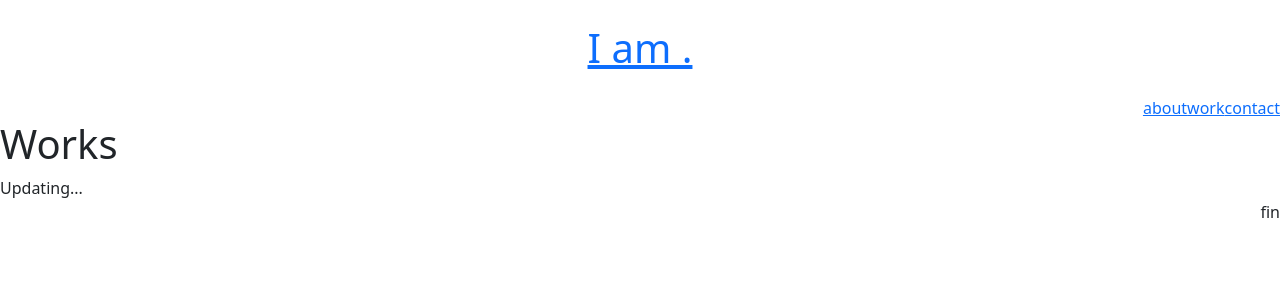
Repository: 7oooomi/portfolio-vercel-
Page: /work (app in sample-app/)
An editor plug-in stored every save of this project. The page is shown before and after the next save, followed by the edit.
The browser window is 1280 px wide. The pictures show the whole page.
The project was rebuilt for these pictures with package versions that can differ from the ones it lists, and the page was loaded fresh each time. The framework's server and built-in components were replaced by stand-ins that run in the browser. Also part of the build but not shown: sample-app/next.config.js, sample-app/styles/Home.module.css.

Above is the page before, as saved 2022-08-07 18:11:15.

After the next save:
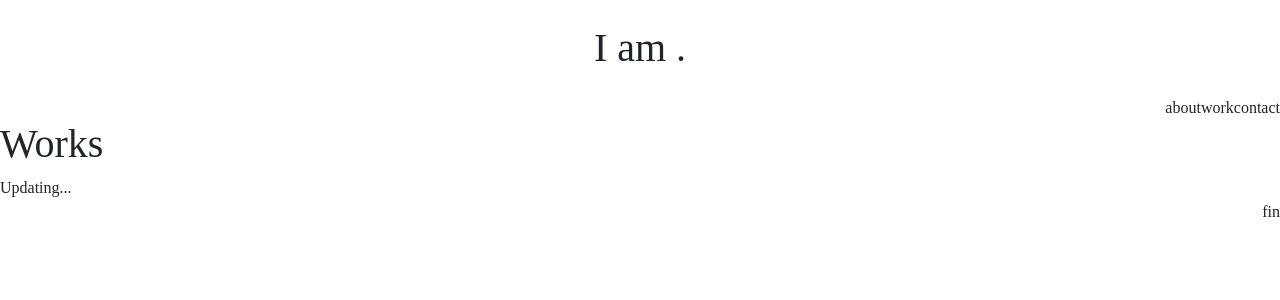
Saved 10 s later.
--- a/sample-app/pages/_app.js
+++ b/sample-app/pages/_app.js
@@ -1,7 +1,7 @@
-import '../styles/globals.css'
+
 import 'bootstrap/dist/css/bootstrap.min.css';
 import Layout from './Layout';
-
+import '../styles/globals.css';
 
 function MyApp({ Component, pageProps }) {
   return (
